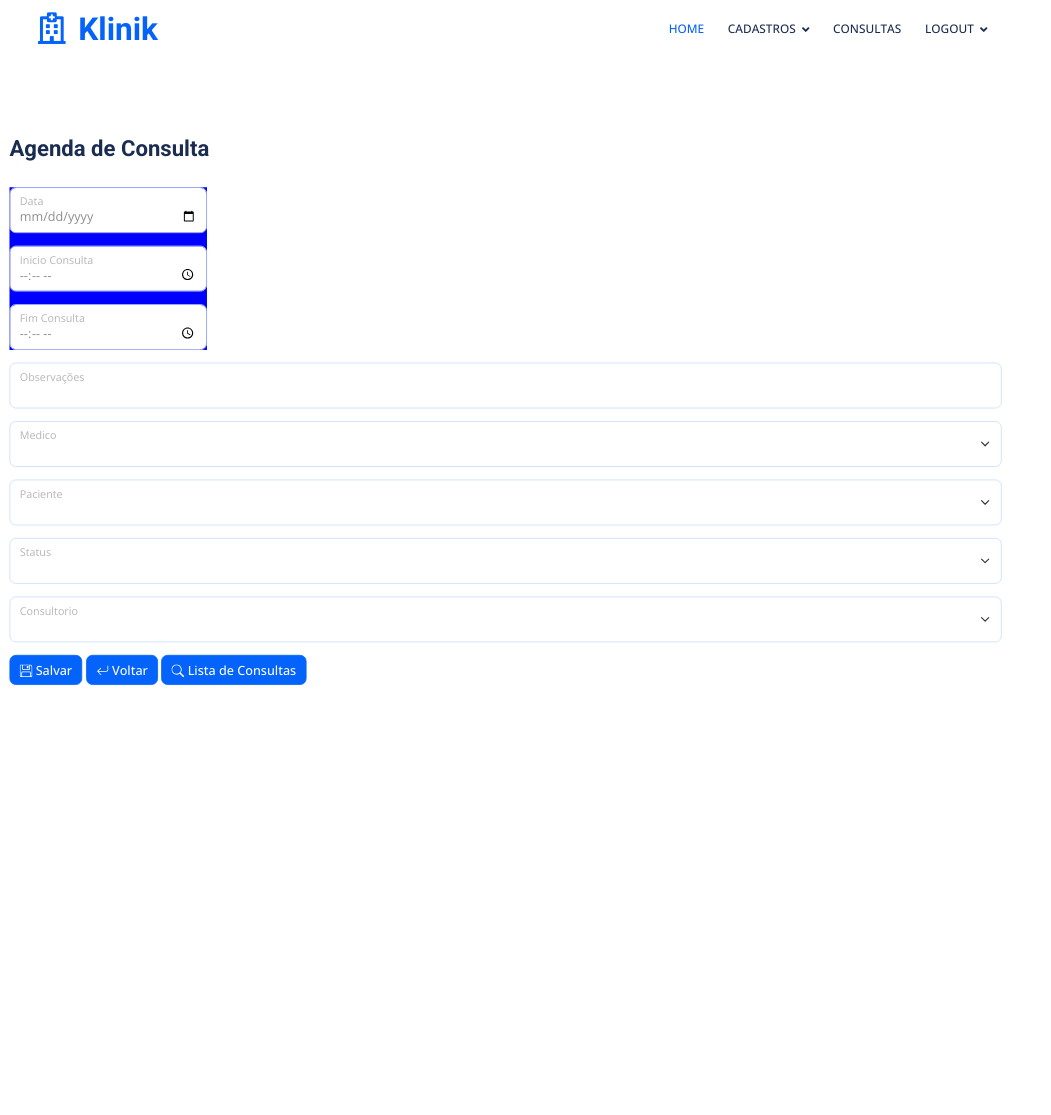
Repository: henrickrufino91/AgendaConsultas
Page: http://localhost/consulta/novaConsulta
These files come from the project's save history. The page is drawn as it stood at one moment and after the next save; the edit follows.
The browser window is 1280 px wide. The page is 1331 px wide, so the pictures cover 1331 px, including what lies to the right of the window. The pictures show the whole page, at 79% of full size.
Some web libraries are served in a nearby version. The page is this project's Thymeleaf template; nobody is signed in. The template is opened directly, without the code that normally fills it, so the values that code supplies are empty.

Above is the page before, as saved 2024-12-27 03:51:02.

After the next save:
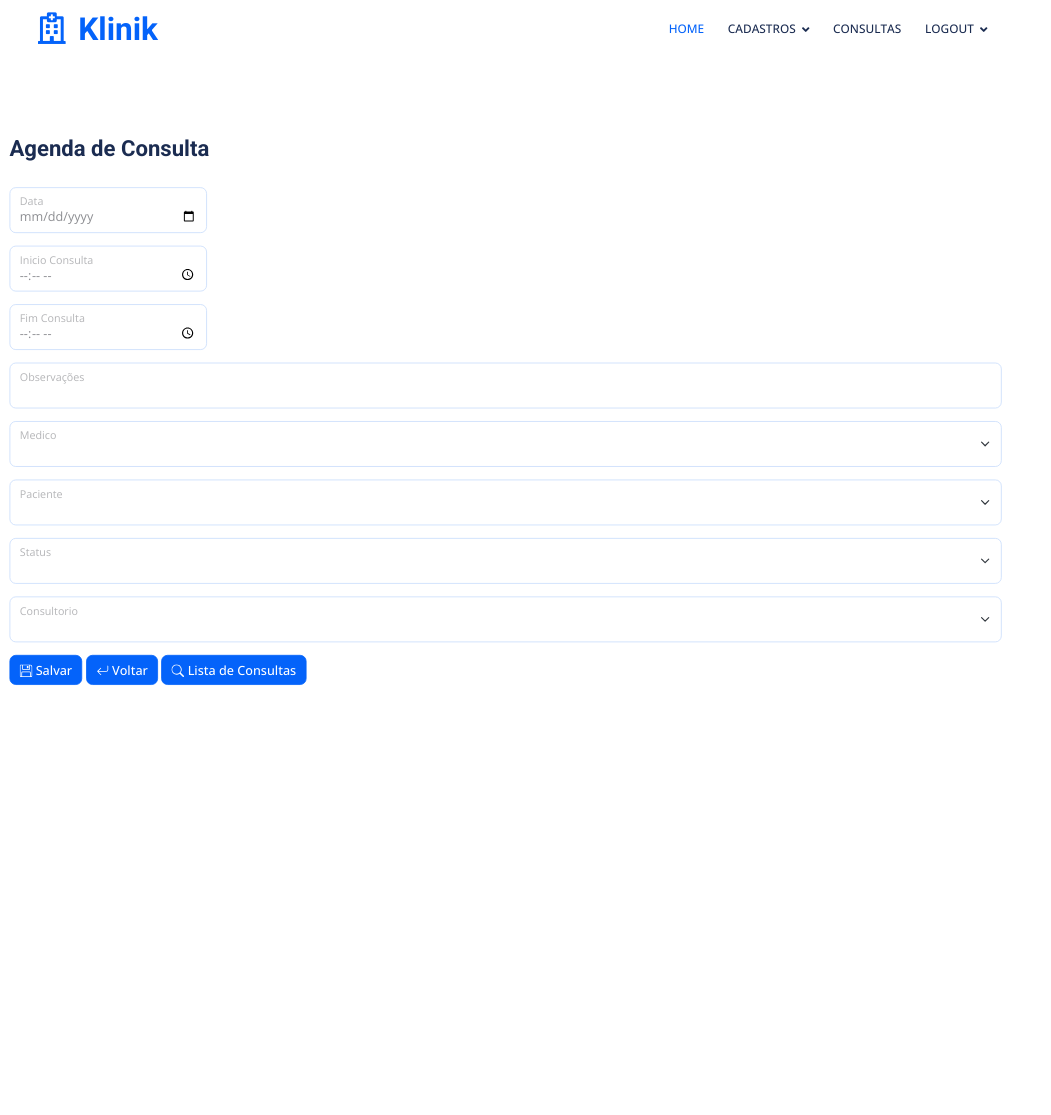
Saved 23 s later.
--- a/clinica/src/main/resources/templates/consulta/novaConsulta.html
+++ b/clinica/src/main/resources/templates/consulta/novaConsulta.html
@@ -111,7 +111,7 @@
 
 											<br>
 
-											<div style="width: 250px; background-color:blue;" >
+											<div style="width: 250px; background-color:white;" >
 
                                             <div class="form-floating mb-3" id="a1">
                                                 <input class="form-control" th:field="*{dataConsulta}" id="inputEmail" type="date" />
